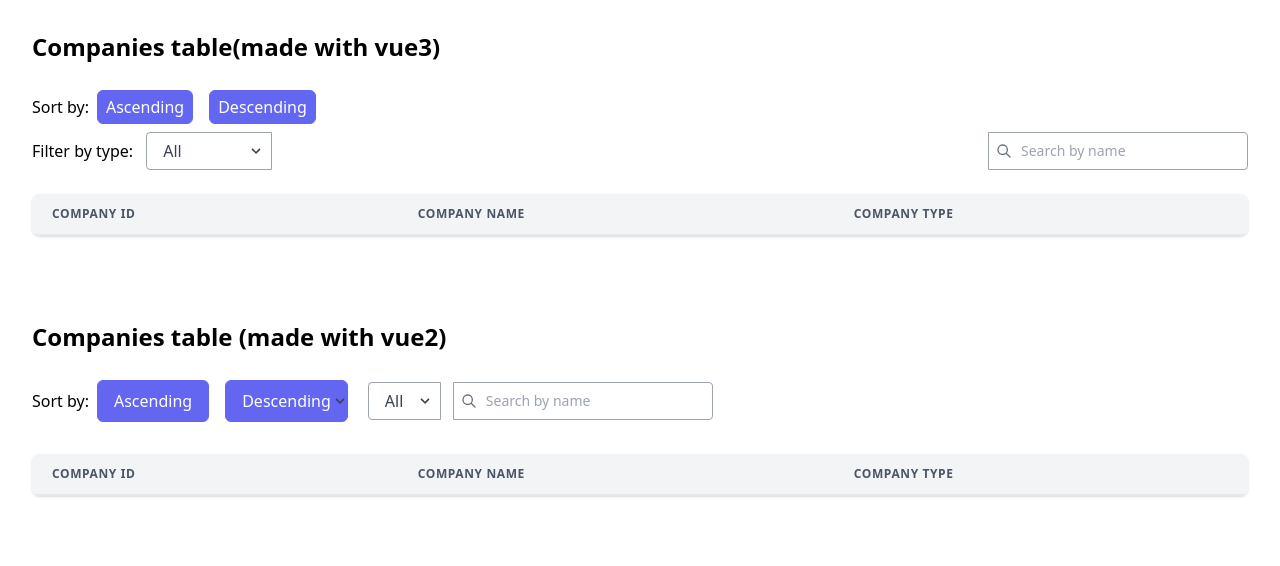
Repository: AlekJanevski/capcito
Page: /
These files come from the project's save history. The page is drawn as it stood at one moment and after the next save; the edit follows.
The browser window is 1280 px wide. The pictures show the whole page.
The page's requests for data from a server got no answer. The project was rebuilt for these pictures with package versions that can differ from the ones it lists, and the page was loaded fresh each time. No one was signed in, and anything a server would have sent is missing.

Above is the page before, as saved 2021-02-12 13:02:17.

### src/App.vue
<template>
  <HelloWorld />
  <HelloWorldVue2 />
</template>

<script>
import HelloWorld from './components/HelloWorld.vue'
import HelloWorldVue2 from './components/HelloWorldVue2.vue'

export default {
  name: 'App',
  components: {
    HelloWorld,
    HelloWorldVue2
  }
}
</script>

<style>

</style>

### src/components/HelloWorld.vue
<template>
	<div class="container px-4 mx-auto sm:px-8">
		<div class="py-8">
			<!-- Heading starts-->
			<div>
				<h2 class="mb-5 text-2xl font-semibold leading-tight">Companies table(made with vue3)</h2>
			</div>
			<!-- Heading ends -->

			<!-- Filter section starts -->
			<div class="flex flex-col items-start justify-start my-2">
				<!-- Buttons wrapper starts -->
				<div class="flex items-center justify-start">
					<span class="inline-block"> Sort by: </span>
					<button
						@click="sortByAscending()"
						type="button"
						class="px-2 py-1 m-2 text-white transition duration-500 bg-indigo-500 border border-indigo-500 rounded-md select-none ease hover:bg-indigo-600 focus:outline-none focus:shadow-outline"
					>
						Ascending
					</button>
					<button
						@click="sortByDescending()"
						type="button"
						class="px-2 py-1 m-2 text-white transition duration-500 bg-indigo-500 border border-indigo-500 rounded-md select-none ease hover:bg-indigo-600 focus:outline-none focus:shadow-outline"
					>
						Descending
					</button>
				</div>
				<!-- Buttons wrapper ends -->

				<!-- Sorting filters wrapper starts -->
				<div class="relative flex flex-col w-full mb-1 sm:mb-0 sm:flex-row">
					<div class="relative flex mr-3 w-60">
						<span class="flex items-center justify-start w-64 mr-3"> Filter by type: </span>
						<select @change="handleFilterByType($event)"
							class="block w-full h-full px-4 py-2 pr-8 leading-tight text-gray-700 bg-white border border-gray-400 rounded appearance-none sm:rounded-r-none focus:outline-none focus:border-l focus:border-r focus:bg-white focus:border-gray-500">
							<option
								v-for="(type, index) in filterList"
								:key="index"
								:value="type"
							> {{ type }} </option>
						</select>
						<!-- Dropdown icon -->
						<div
							class="absolute inset-y-0 right-0 flex items-center px-2 text-gray-700 pointer-events-none">
							<svg class="w-4 h-4 fill-current" xmlns="http://www.w3.org/2000/svg" viewBox="0 0 20 20">
								<path d="M9.293 12.95l.707.707L15.657 8l-1.414-1.414L10 10.828 5.757 6.586 4.343 8z" />
							</svg>
						</div>
					</div>

					<!-- Search field wrapper starts -->
					<div class="relative mt-3 sm:mt-0 sm:absolute sm:right-0">
						<!-- Search icon -->
						<span class="absolute inset-y-0 left-0 flex items-center h-full pl-2">
							<svg viewBox="0 0 24 24" class="w-4 h-4 text-gray-500 fill-current">
								<path d="M10 4a6 6 0 100 12 6 6 0 000-12zm-8 6a8 8 0 1114.32 4.906l5.387 5.387a1 1 0 01-1.414 1.414l-5.387-5.387A8 8 0 012 10z" />
							</svg>
						</span>
						<!-- Search input -->
						<input
							type="text"
							v-model="companyNameSearchString"
							placeholder="Search by name"
							class="block w-full py-2 pl-8 pr-6 text-sm text-gray-700 placeholder-gray-400 bg-white border border-b border-gray-400 rounded-l rounded-r appearance-none sm:rounded-l-none focus:bg-white focus:placeholder-gray-600 focus:text-gray-700 focus:outline-none" />
					</div>
					<!-- Search field wrapper ends -->
				</div>
				<!-- Sorting filters wrapper ends -->
			</div>
			<!-- Filters section ends -->

			<!-- Table wrapper starts -->
			<div class="px-4 py-4 -mx-4 overflow-x-auto sm:-mx-8 sm:px-8">
				<div class="inline-block min-w-full overflow-hidden rounded-lg shadow">
					<table class="min-w-full leading-normal">
						<!-- Table header starts -->
						<thead>
							<tr>
								<th class="px-5 py-3 text-xs font-semibold tracking-wider text-left text-gray-600 uppercase bg-gray-100 border-b-2 border-gray-200">
									Company id
								</th>
								<th class="px-5 py-3 text-xs font-semibold tracking-wider text-left text-gray-600 uppercase bg-gray-100 border-b-2 border-gray-200">
									Company name
								</th>
								<th class="px-5 py-3 text-xs font-semibold tracking-wider text-left text-gray-600 uppercase bg-gray-100 border-b-2 border-gray-200">
									Company type
								</th>
							</tr>
						</thead>
						<!-- Table header ends -->

						<!-- Table body starts -->
						<tbody>
							<tr v-for="company in companyFilteredFeed.slice().reverse()" :key="company.id">
								<template v-if="company[fkey] === filter || filter === 'All'">
									<!-- Company id -->
									<td class="px-5 py-5 text-sm bg-white border-b border-gray-200">
										<div class="flex items-center">
											<p class="text-gray-900 whitespace-no-wrap">
												{{ company.id }}
											</p>
										</div>
									</td>
									<!-- Company name -->
									<td class="px-5 py-5 text-sm bg-white border-b border-gray-200">
										<p class="text-gray-900 whitespace-no-wrap">
											{{ company.name }}
										</p>
									</td>
									<!-- Company type -->
									<td class="px-5 py-5 text-sm bg-white border-b border-gray-200">
										<p class="text-gray-900 whitespace-no-wrap">
											{{ company.type }}
										</p>
									</td>
								</template>
							</tr>
						</tbody>
						<!-- Table body ends -->
					</table>
				</div>
			</div>
			<!-- Table wrapper ends -->
		</div>
	</div>
</template>

<script>
import axios from 'axios';
import { ref, onMounted, computed } from 'vue'

export default {
  name: 'Hello World',

	setup () {
		// Declaring data
		const companyList = ref([])
		const filter = ref("All")
		const companyNameSearchString = ref("")
		const fkey = ref("type")
		const filterList = ref(["All", "AB", "HB", "EF"])

		// Mounted
    onMounted(() => {
			axios
				.get("https://my-json-server.typicode.com/capcito/frontend-ws/companies")
				.then(res => {
					companyList.value = res.data;
				})
				.catch(error => {
					console.log(error)
					// Manage errors if found any
				})
			})

			// Methods
			// Handle the company filtering by company type
			function handleFilterByType (event) {
				filter.value = event.target.value
			}
			// Handle the company filtering by descending order
			function sortByDescending () {
				companyFilteredFeed.value.sort((a, b) => { return a.id - b.id; })
			}
			// Handle the company filtering by ascending order
			function sortByAscending () {
				companyFilteredFeed.value.sort((a, b) => { return b.id - a.id; })
			}

			// Computed
			// Returns the initial company list if the search is not active
			// Returns the company list using the search field value
			const companyFilteredFeed = computed(() => {
				const companies = companyList.value;

				if (!companyNameSearchString.value) {
					return companies;
				}

				return companies.filter(function(item) {
					if (item.name.indexOf(companyNameSearchString.value) !== -1 || item.name.toLowerCase().indexOf(companyNameSearchString.value) !== -1){
						return item;
					}
				})
			})

			// Return data
			return {
				companyList,
				handleFilterByType,
				filter,
				companyFilteredFeed,
				companyNameSearchString,
				fkey,
				filterList,
				sortByDescending,
				sortByAscending
			}
	}
}

</script>

### src/components/HelloWorldVue2.vue
<template>
	<div class="container px-4 mx-auto sm:px-8">
		<!-- Main wrapper starts -->
		<div class="py-8">
			<!-- Heading starts -->
			<div>
				<h2 class="mb-5 text-2xl font-semibold leading-tight">Companies table (made with vue2)</h2>
			</div>
			<!-- Heading ends -->

			<!-- Filter wrapper starts -->
			<div class="flex flex-col items-center justify-start my-2 sm:flex-row">
				<!-- Buttons wrapper starts -->
				<div class="flex items-center justify-start">
					<span class="inline-block"> Sort by: </span>
					<button
						@click="sortByAscending()"
						type="button"
						class="px-4 py-2 m-2 text-white transition duration-500 bg-indigo-500 border border-indigo-500 rounded-md select-none ease hover:bg-indigo-600 focus:outline-none focus:shadow-outline"
					>
						Ascending
					</button>
					<button
						@click="sortByDescending()"
						type="button"
						class="px-4 py-2 m-2 text-white transition duration-500 bg-indigo-500 border border-indigo-500 rounded-md select-none ease hover:bg-indigo-600 focus:outline-none focus:shadow-outline"
					>
						Descending
					</button>
				</div>
				<!-- Button wrapper ends -->

				<!-- Filter by type wrapper starts -->
				<div class="flex flex-row mb-1 sm:mb-0">
					<div class="relative mr-3">
						<div
							class="absolute inset-y-0 right-0 flex items-center px-2 text-gray-700 pointer-events-none">
							<svg class="w-4 h-4 fill-current" xmlns="http://www.w3.org/2000/svg" viewBox="0 0 20 20">
								<path d="M9.293 12.95l.707.707L15.657 8l-1.414-1.414L10 10.828 5.757 6.586 4.343 8z" />
							</svg>
						</div>
					</div>
					<div class="relative mr-3">
						<select @change="handleFilterByType($event)"
							class="block w-full h-full px-4 py-2 pr-8 leading-tight text-gray-700 bg-white border border-gray-400 rounded appearance-none sm:rounded-r-none focus:outline-none focus:border-l focus:border-r focus:bg-white focus:border-gray-500">
							<option
								v-for="(type, index) in filterList"
								:key="index"
								:value="type"
							> {{ type }} </option>
						</select>
						<div
							class="absolute inset-y-0 right-0 flex items-center px-2 text-gray-700 pointer-events-none">
							<svg class="w-4 h-4 fill-current" xmlns="http://www.w3.org/2000/svg" viewBox="0 0 20 20">
								<path d="M9.293 12.95l.707.707L15.657 8l-1.414-1.414L10 10.828 5.757 6.586 4.343 8z" />
							</svg>
						</div>
					</div>
				</div>
				<!-- Filter by type wrapper ends -->

				<!-- Search filter wrapper starts -->
				<div class="relative block">
					<span class="absolute inset-y-0 left-0 flex items-center h-full pl-2">
						<svg viewBox="0 0 24 24" class="w-4 h-4 text-gray-500 fill-current">
							<path d="M10 4a6 6 0 100 12 6 6 0 000-12zm-8 6a8 8 0 1114.32 4.906l5.387 5.387a1 1 0 01-1.414 1.414l-5.387-5.387A8 8 0 012 10z" />
						</svg>
					</span>

					<input
						type="text"
						v-model="companyNameSearchString"
						placeholder="Search by name"
						class="block w-full py-2 pl-8 pr-6 text-sm text-gray-700 placeholder-gray-400 bg-white border border-b border-gray-400 rounded-l rounded-r appearance-none sm:rounded-l-none focus:bg-white focus:placeholder-gray-600 focus:text-gray-700 focus:outline-none" />
				</div>
				<!-- Search filter wrapper ends -->
			</div>
			<!-- Filter section ends -->

			<!-- Table wrapper starts -->
			<div class="px-4 py-4 -mx-4 overflow-x-auto sm:-mx-8 sm:px-8">
				<div class="inline-block min-w-full overflow-hidden rounded-lg shadow">
					<table class="min-w-full leading-normal">
						<!-- Table header starts -->
						<thead>
							<tr>
								<th class="px-5 py-3 text-xs font-semibold tracking-wider text-left text-gray-600 uppercase bg-gray-100 border-b-2 border-gray-200">
										Company id
								</th>
								<th class="px-5 py-3 text-xs font-semibold tracking-wider text-left text-gray-600 uppercase bg-gray-100 border-b-2 border-gray-200">
										Company name
								</th>
								<th class="px-5 py-3 text-xs font-semibold tracking-wider text-left text-gray-600 uppercase bg-gray-100 border-b-2 border-gray-200">
										Company type
								</th>
							</tr>
						</thead>
						<!-- Table body starts -->
						<tbody>
								<tr v-for="company in companyFilteredFeed.slice().reverse()" :key="company.id">
									<template v-if="company[fkey] === filter || filter === 'All'">
										<td class="px-5 py-5 text-sm bg-white border-b border-gray-200">
											<!-- Company id -->
											<div class="flex items-center">
												<p class="text-gray-900 whitespace-no-wrap">
													{{ company.id }}
												</p>
											</div>
										</td>
										<!-- Company name -->
										<td class="px-5 py-5 text-sm bg-white border-b border-gray-200">
											<p class="text-gray-900 whitespace-no-wrap">
												{{ company.name }}
											</p>
										</td>
										<!-- Company type -->
										<td class="px-5 py-5 text-sm bg-white border-b border-gray-200">
											<p class="text-gray-900 whitespace-no-wrap">
												{{ company.type }}
											</p>
										</td>
									</template>
								</tr>
						</tbody>
					</table>
				</div>
			</div>
			<!-- Table wrapper ends -->
		</div>
		<!-- Main wrapper ends -->
	</div>
</template>

<script>
import axios from 'axios';

export default {
  name: 'Hello World Vue 2',

  data() {
    return {
      companyList: [],
			companyNameSearchString: '',
			fkey: "type",
			filterList: ["All", "AB", "HB", "EF"],
			filter: "All",
    };
  },

  mounted() {
		// Mounting the axios call to the api and fetching the data
    axios
			.get("https://my-json-server.typicode.com/capcito/frontend-ws/companies")
      .then(res => {
        this.companyList = res.data;
      })
      .catch(error => {
        console.log(error)
         // Manage errors if found any
      })
  },

	computed: {

		// Handles the listing of the companies and filtering company feed when searched by name
		companyFilteredFeed: function () {

			var companies = this.companyList;
			var companyNameSearchString = this.companyNameSearchString;

			if (!companyNameSearchString){
				return companies;
			}

			companies = companies.filter(function(item){
				if (item.name.indexOf(companyNameSearchString) !== -1 || item.name.toLowerCase().indexOf(companyNameSearchString) !== -1){
					return item;
				}
			})

			return companies;
		}
	},

	methods: {
		// Handle the company filtering by company type
		handleFilterByType (event) {
			this.filter = event.target.value
		},
		// Handle the sorting of the companies by descending company ID
		sortByDescending () {
			this.companyFilteredFeed.sort((a, b) => { return a.id - b.id; })
		},
		// Handle the sorting of the companies by ascending company ID
		sortByAscending () {
			this.companyFilteredFeed.sort((a, b) => { return b.id - a.id; })
		}
	}
}

</script>

Loaded but not shown: public/index.html (common file); src/main.js (common file); src/index.css (common file); tailwind.config.js (common file)

After the next save:
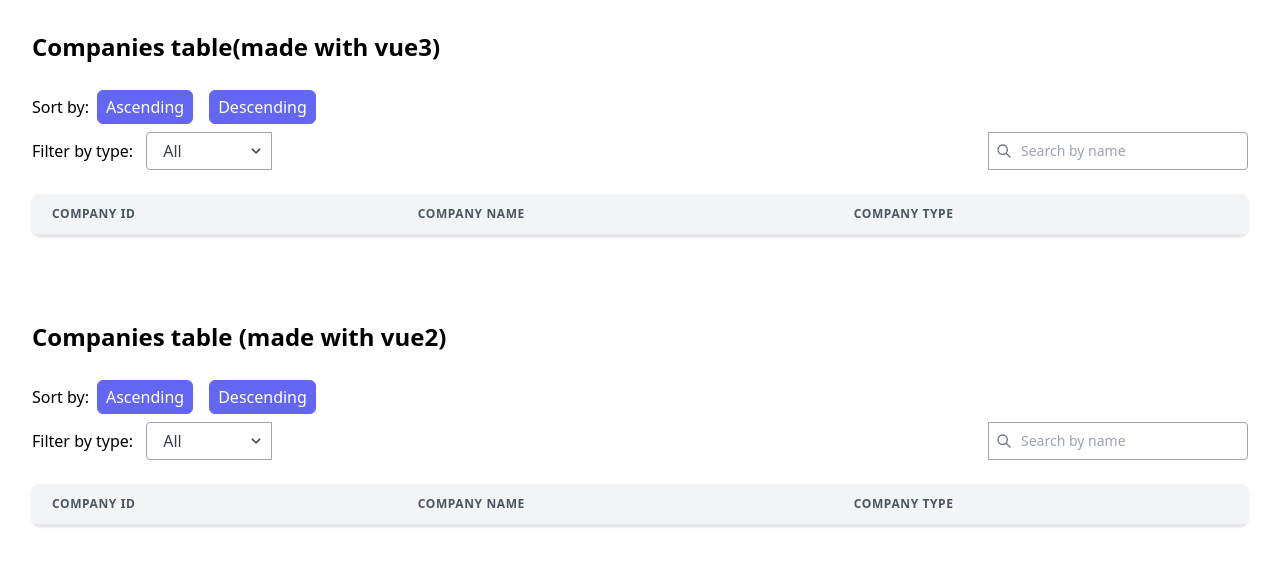
Saved 6 min 57 s later.
--- a/src/components/HelloWorldVue2.vue
+++ b/src/components/HelloWorldVue2.vue
@@ -9,38 +9,31 @@
 			<!-- Heading ends -->
 
 			<!-- Filter wrapper starts -->
-			<div class="flex flex-col items-center justify-start my-2 sm:flex-row">
+			<div class="flex flex-col items-start justify-start my-2">
 				<!-- Buttons wrapper starts -->
 				<div class="flex items-center justify-start">
 					<span class="inline-block"> Sort by: </span>
 					<button
 						@click="sortByAscending()"
 						type="button"
-						class="px-4 py-2 m-2 text-white transition duration-500 bg-indigo-500 border border-indigo-500 rounded-md select-none ease hover:bg-indigo-600 focus:outline-none focus:shadow-outline"
+						class="px-2 py-1 m-2 text-white transition duration-500 bg-indigo-500 border border-indigo-500 rounded-md select-none ease hover:bg-indigo-600 focus:outline-none focus:shadow-outline"
 					>
 						Ascending
 					</button>
 					<button
 						@click="sortByDescending()"
 						type="button"
-						class="px-4 py-2 m-2 text-white transition duration-500 bg-indigo-500 border border-indigo-500 rounded-md select-none ease hover:bg-indigo-600 focus:outline-none focus:shadow-outline"
+						class="px-2 py-1 m-2 text-white transition duration-500 bg-indigo-500 border border-indigo-500 rounded-md select-none ease hover:bg-indigo-600 focus:outline-none focus:shadow-outline"
 					>
 						Descending
 					</button>
 				</div>
 				<!-- Button wrapper ends -->
 
-				<!-- Filter by type wrapper starts -->
-				<div class="flex flex-row mb-1 sm:mb-0">
-					<div class="relative mr-3">
-						<div
-							class="absolute inset-y-0 right-0 flex items-center px-2 text-gray-700 pointer-events-none">
-							<svg class="w-4 h-4 fill-current" xmlns="http://www.w3.org/2000/svg" viewBox="0 0 20 20">
-								<path d="M9.293 12.95l.707.707L15.657 8l-1.414-1.414L10 10.828 5.757 6.586 4.343 8z" />
-							</svg>
-						</div>
-					</div>
-					<div class="relative mr-3">
+				<!-- Sorting filters wrapper starts -->
+				<div class="relative flex flex-col w-full mb-1 sm:mb-0 sm:flex-row">
+					<div class="relative flex mr-3 w-60">
+						<span class="flex items-center justify-start w-64 mr-3"> Filter by type: </span>
 						<select @change="handleFilterByType($event)"
 							class="block w-full h-full px-4 py-2 pr-8 leading-tight text-gray-700 bg-white border border-gray-400 rounded appearance-none sm:rounded-r-none focus:outline-none focus:border-l focus:border-r focus:bg-white focus:border-gray-500">
 							<option
@@ -49,6 +42,7 @@
 								:value="type"
 							> {{ type }} </option>
 						</select>
+						<!-- Dropdown icon -->
 						<div
 							class="absolute inset-y-0 right-0 flex items-center px-2 text-gray-700 pointer-events-none">
 							<svg class="w-4 h-4 fill-current" xmlns="http://www.w3.org/2000/svg" viewBox="0 0 20 20">
@@ -56,24 +50,25 @@
 							</svg>
 						</div>
 					</div>
+
+					<!-- Search field wrapper starts -->
+					<div class="relative mt-3 sm:mt-0 sm:absolute sm:right-0">
+						<!-- Search icon -->
+						<span class="absolute inset-y-0 left-0 flex items-center h-full pl-2">
+							<svg viewBox="0 0 24 24" class="w-4 h-4 text-gray-500 fill-current">
+								<path d="M10 4a6 6 0 100 12 6 6 0 000-12zm-8 6a8 8 0 1114.32 4.906l5.387 5.387a1 1 0 01-1.414 1.414l-5.387-5.387A8 8 0 012 10z" />
+							</svg>
+						</span>
+						<!-- Search input -->
+						<input
+							type="text"
+							v-model="companyNameSearchString"
+							placeholder="Search by name"
+							class="block w-full py-2 pl-8 pr-6 text-sm text-gray-700 placeholder-gray-400 bg-white border border-b border-gray-400 rounded-l rounded-r appearance-none sm:rounded-l-none focus:bg-white focus:placeholder-gray-600 focus:text-gray-700 focus:outline-none" />
+					</div>
+					<!-- Search field wrapper ends -->
 				</div>
-				<!-- Filter by type wrapper ends -->
-
-				<!-- Search filter wrapper starts -->
-				<div class="relative block">
-					<span class="absolute inset-y-0 left-0 flex items-center h-full pl-2">
-						<svg viewBox="0 0 24 24" class="w-4 h-4 text-gray-500 fill-current">
-							<path d="M10 4a6 6 0 100 12 6 6 0 000-12zm-8 6a8 8 0 1114.32 4.906l5.387 5.387a1 1 0 01-1.414 1.414l-5.387-5.387A8 8 0 012 10z" />
-						</svg>
-					</span>
-
-					<input
-						type="text"
-						v-model="companyNameSearchString"
-						placeholder="Search by name"
-						class="block w-full py-2 pl-8 pr-6 text-sm text-gray-700 placeholder-gray-400 bg-white border border-b border-gray-400 rounded-l rounded-r appearance-none sm:rounded-l-none focus:bg-white focus:placeholder-gray-600 focus:text-gray-700 focus:outline-none" />
-				</div>
-				<!-- Search filter wrapper ends -->
+				<!-- Sorting filters wrapper ends -->
 			</div>
 			<!-- Filter section ends -->
 
